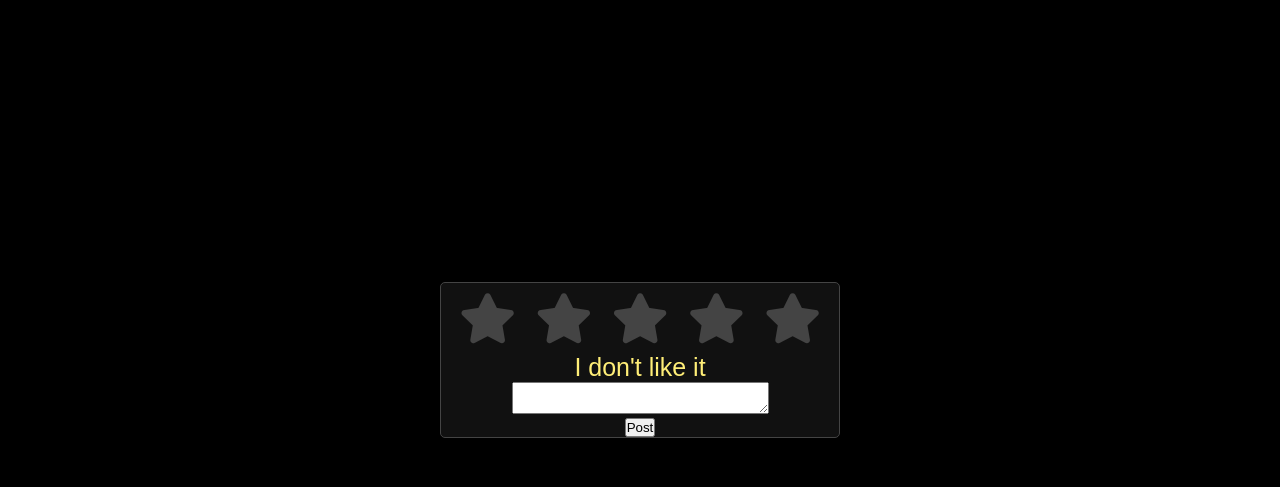
Repository: Suryansh-D/Star-Ratings
Page: index.html
These files come from the project's save history. The page is drawn as it stood at one moment and after a run of saves; the edit follows.
The browser window is 1280 px wide. The pictures show the whole page.

Above is the page before, as saved 2024-02-03 09:55:55.

### index.html
<!DOCTYPE html>
<html lang="en">
<head>
    <meta charset="UTF-8">
    <meta name="viewport" content="width=device-width, initial-scale=1.0">
    <title>Document</title>
</head>
<link rel="stylesheet" href="style.css">
<link rel="stylesheet" href="https://cdnjs.cloudflare.com/ajax/libs/font-awesome/5.15.3/css/all.min.css">
<body>
    <div class="container">
        <div class="stars">
            <input type="radio" name="rate" id="rate-5">
            <label for="rate-5" class="fas fa-star"></label>
            <input type="radio" name="rate" id="rate-4">
            <label for="rate-4" class="fas fa-star"></label>
            <input type="radio" name="rate" id="rate-3">
            <label for="rate-3" class="fas fa-star"></label>
            <input type="radio" name="rate" id="rate-2">
            <label for="rate-2" class="fas fa-star"></label>
            <input type="radio" name="rate" id="rate-1">
            <label for="rate-1" class="fas fa-star"></label>
            <form action="#">
                <header>I don't like it</header>
                <div class="textarea">
                <textarea cols="30"></textarea>
                </div>
                    <div class="btn">
                        <button type="submit">Post</button>
                        </div>
                 </form>
        </div>
    </div>
    <script></script>
</body>
</html>

### style.css
@import url('https://fonts.googleapis.com/css?family=Roboto:400,700');
* {
  margin: 0;
  padding: 0;
  box-sizing: border-box;
  font-family:'Poppins', sans-serif;
}
html, body {
  height: 100%;
  background-color: #000;
  place-items: center;
  display: grid;
  text-align: center;
}

.container {
  width: 400px;
  background: #111;
    padding: 20px , 30px;
    border: 1px solid #444;
    border-radius: 5px;
    display: flex;
    flex-direction: column;
    align-items: center;
    justify-content: center;
}
.container .stars input{
    display: none;
}
.stars label{
    font-size: 50px;
    color: #444;
    cursor: pointer;
    transition: all 0.2s ease;
    float: right;
    padding: 10px;

}
.stars input:not(:checked) ~ label:hover ,
.stars input:not(:checked) ~ label:hover ~ label{
    color: #ffcc00;
}
.stars input:checked ~ label{
    color: #ffcc00;
}
input#rate-5:checked ~ label#rate-5 ~ label#rate-4 ~ label#rate-3 ~ label#rate-2 ~ label#rate-1{
    color: #ffe7;
    text-shadow: 0 0 20px #952;
}
form header{
    width:100%;
    font-size: 25px;
    color: #fe7;
    font-weight: 500;
    ma
}

After the next 5 saves:
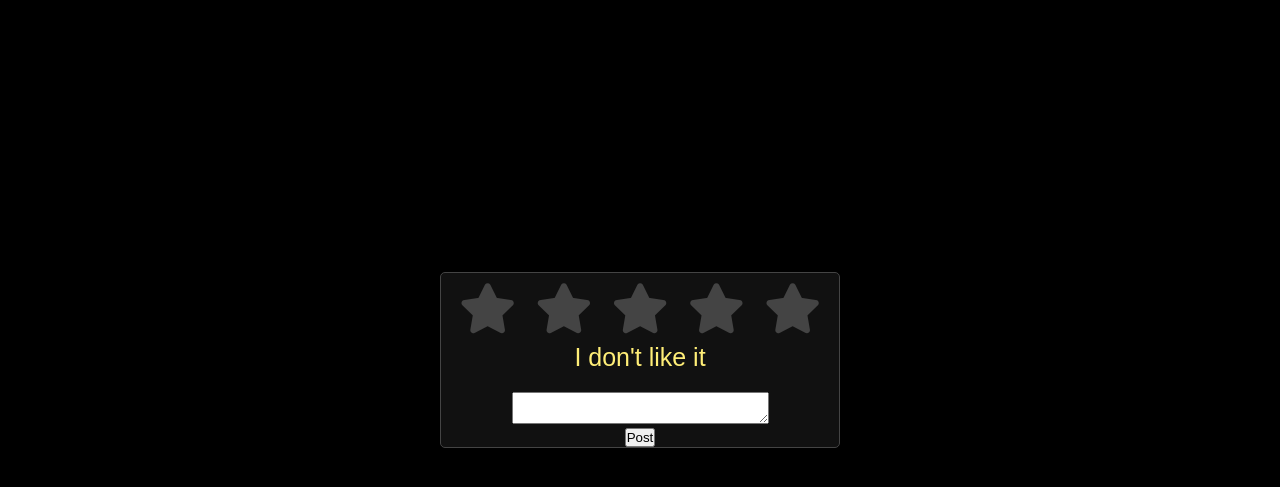
The 5 saves are shown as one change because they came seconds apart.
The last was saved 15 s later.
--- a/style.css
+++ b/style.css
@@ -52,5 +52,6 @@ form header{
     font-size: 25px;
     color: #fe7;
     font-weight: 500;
-    ma
+    margin: 5px 0 20px 0;
+
 }
